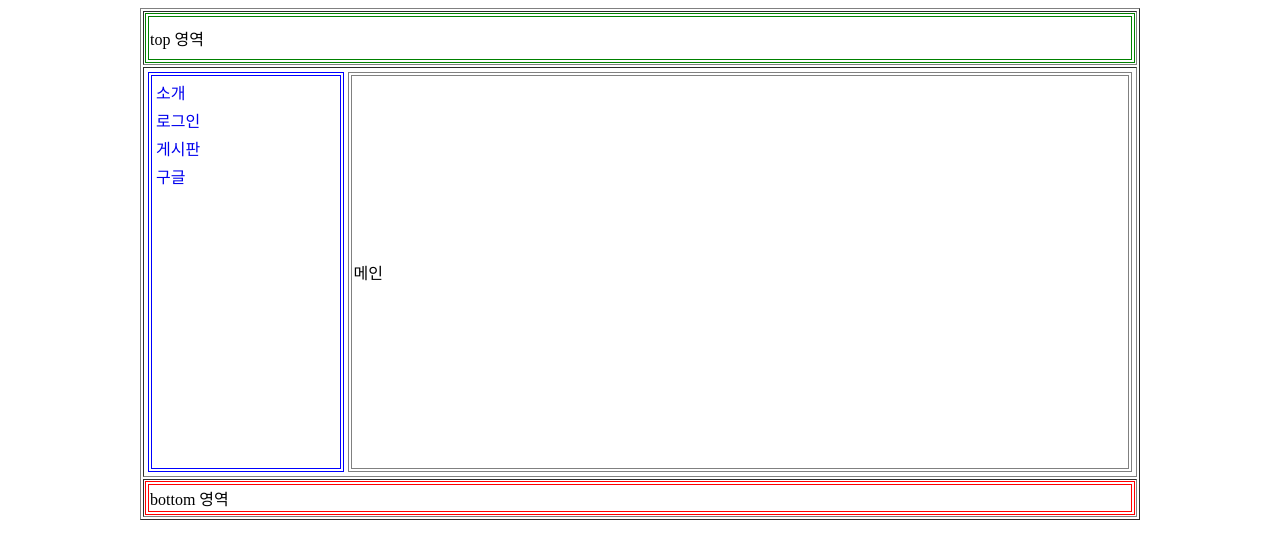
Repository: Soyeonthdus/workspace_java
Page: http://localhost/chat221228/ajax/news/index.jsp
These files come from the project's save history. The page is drawn as it stood at one moment and after the next save; the edit follows.
The browser window is 1280 px wide. The pictures show the whole page.
The page is served by Tomcat 9.

Above is the page before, as saved 2023-02-10 02:08:28.

After the next save:
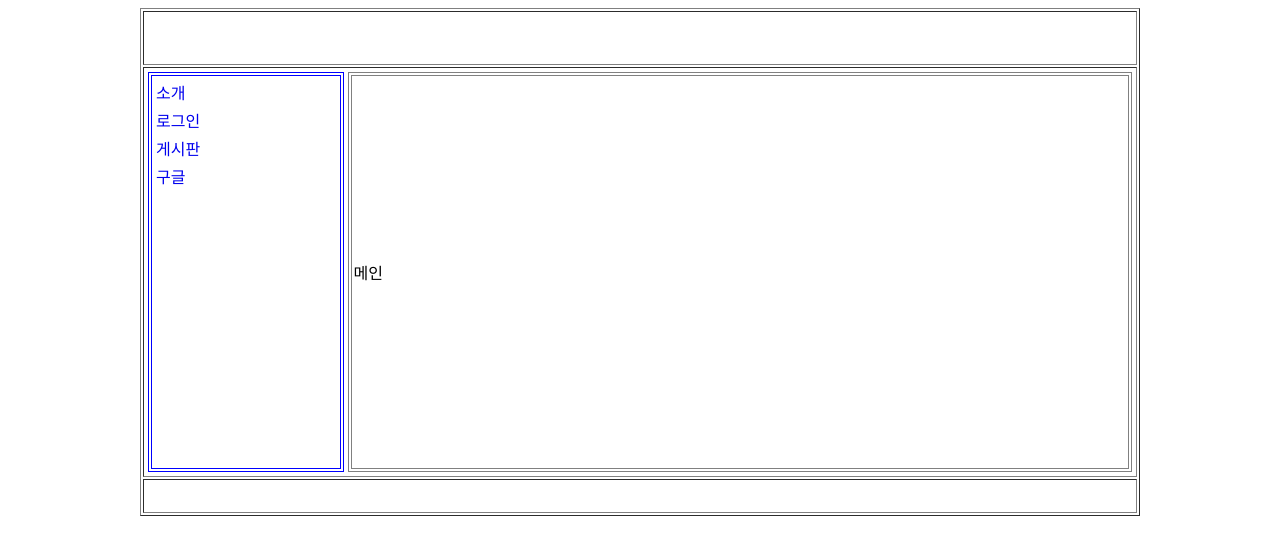
Saved 5 min 26 s later.
--- a/chat221228/src/main/webapp/ajax/news/index.jsp
+++ b/chat221228/src/main/webapp/ajax/news/index.jsp
@@ -27,11 +27,7 @@
       <tr>
         <td width="100%" height="50px">
           <!--=================== top 시작 =================-->
-          <table border="1" width="100%" height="100%" bordercolor="green">
-            <tr>
-              <td>top 영역</td>
-            </tr>
-          </table>
+					<%@ include file="top.jsp" %>
           <!--=================== top 끝 =================-->
         </td>
       </tr>
@@ -79,11 +75,7 @@
       <tr>
         <td width="1000px" height="30px">
           <!--=================== bottom 시작 =================-->
-          <table border="1" width="100%" height="100%" bordercolor="red">
-            <tr>
-              <td>bottom 영역</td>
-            </tr>
-          </table>
+			<%@ include file="bottom.jsp" %>
           <!--=================== bottom 끝 =================-->
         </td>
       </tr>
